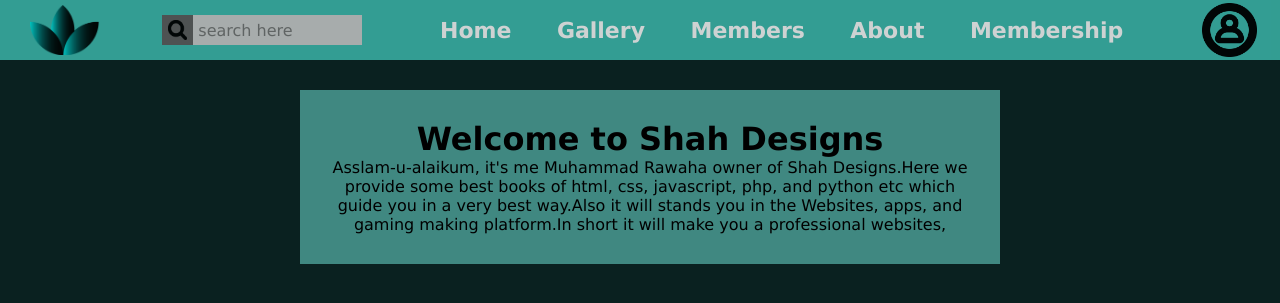
Repository: RawahaMR11/my_assignments
Page: rawaha computer/Shah Designs web/Shah home page.html
The author's editor kept a copy of each file at every save. The page is drawn from the files as they stood at one save, then again after the next save.
The browser window is 1280 px wide. The pictures show the whole page.

Above is the page before, as saved 2024-12-13 07:32:40.

### rawaha computer/Shah Designs web/Shah home page.html
<!DOCTYPE html>
<html lang="en">
<head>
      <meta charset="UTF-8">
      <meta name="viewport" content="width=device-width, initial-scale=1.0">
      <title>Shah Designs</title>
      <link rel="stylesheet" href="Shah home page.css">
</head>
<body>
<div class="my-display">
      <header>
            <div class="logo">
                  <img src="logo.png" alt="Shah Designs logo">
            </div><!--end logo-->
            <div class="search">
                  <img src="search.png" alt="Search-icon">
                  <input type="text" placeholder="search here">
            </div><!--end search-->
            <div class="home">
                  <a href="Shah home page.html">Home</a>
            </div><!--end home-->
            <div class="gallery">
                  <a href="#">Gallery</a>
            </div><!--end gallery-->
            <div class="members">
                  <a href="#">Members</a>
            </div><!--end members -->
            <div class="about">
                  <a href="#">About</a>
            </div><!--end about-->
            <div class="membership">
                  <a href="#">Membership</a>
            </div>
            <div class="login">
                  <img src="sign in.png" alt="Login">
            </div><!--end login-->
      </header>


      <div class="wrapper">
            <div id="welcome">
                  <h1>Welcome to Shah Designs</h1>
                  <p>Asslam-u-alaikum, it's me Muhammad Rawaha owner of Shah Designs.Here we provide some best books of html, css, javascript, php, and python etc which guide you in a very best way.Also it will stands you in the Websites, apps, and gaming making platform.In short it will make you a professional websites, </p>
            </div><!--end welcome-->
      </div><!--end wrapper-->
</div>
</body>
</html>

### rawaha computer/Shah Designs web/Shah home page.css
* {
      margin: 0;
      padding: 0;
}
body {
      display: block;
      font-size: 14px;
      background-color: rgb(10, 33, 32);
}
.my-display {
      width: 80%;
      margin: 0 auto;
      height: 100%;
      width: 100%;
}
/* css for opening my page on tablets (screens with width <=768px) */
@media screen and (max-width: 768px) {
      body {
            font-size: 16px;
      }
      .my-display {
            width: 100%;
      }
}
/* css for opening my page on laptops,pcs etc (screens with width <=1080px) */
@media screen and (max-width: 1080px) {
      body {
            font-size: 14px;
      }
      .my-display {
            width: 100%;
      }
}
/* css for opening my page on phones (screens with width <=480px) */
@media screen and (max-width: 480px) {
      body {
            font-size: 10px;
      }
      .my-display {
            width: 100%;
      }
}
header {
      width: 100%;
      height: 60px;
      display: flex;
      align-items: center;
      background-color: rgb(62, 188, 176);
      opacity: 80%;
      gap: 31.5px;
}
.logo {
      height: 83%;
      width: 70px;
      margin: 0 30px 0;
}
.logo img {
      height: 100%;
      width: 100%;
}
.search {
      width: 200px;
      height: 30px;
      background-color: rgb(95, 95, 95);
      display: flex;
      align-items: center;
      justify-content: space-evenly;
}
.search img {
      width: 10%;
      height: 65%;
      padding: 6px;
}
.search input {
      width: 90%;
      padding: 5.34px;
      border: none;
      outline: none;
      background-color: rgb(207, 207, 207);
      font-family: Verdana, Geneva, Tahoma, sans-serif;
      font-size: 16px;
}
.home {
      font-family: Verdana, Geneva, Tahoma, sans-serif;
      font-size: 22px;
      margin-left: 40px;
      padding: 7px;
}
.home:hover {
      background-color: rgb(161, 161, 161);
}
.home a {
      text-decoration: none;
      font-weight: 700;
      color: white;
}
.gallery {
      font-family: Verdana, Geneva, Tahoma, sans-serif;
      font-size: 22px;
      padding: 7px;
}
.gallery:hover {
      background-color: rgb(161, 161, 161);
}
.gallery a {
      text-decoration: none;
      font-weight: 700;
      color: white;
}
.members {
      font-family: Verdana, Geneva, Tahoma, sans-serif;
      font-size: 22px;
      padding: 7px;
}
.members:hover {
      background-color: rgb(161, 161, 161);
}
.members a {
      text-decoration: none;
      font-weight: 700;
      color: white;
}
.about {
      font-family: Verdana, Geneva, Tahoma, sans-serif;
      font-size: 22px;
      padding: 7px;
}
.about:hover {
      background-color: rgb(161, 161, 161);
}
.about a {
      text-decoration: none;
      font-weight: 700;
      color: white;
}
.membership {
      font-family: Verdana, Geneva, Tahoma, sans-serif;
      font-size: 22px;
      padding: 7px;
}
.membership:hover {
      background-color: rgb(161, 161, 161);
}
.membership a {
      text-decoration: none;
      font-weight: 700;
      color: white;
}
.login {
      height: 90%;
      width: 55px;
      float: right;
      margin-left: 40px;
}
.login img {
      height: 100%;
      width: 100%;
      cursor: pointer;
}
.wrapper {
      width: 50%;
      height: auto;
      display: flex;
      align-items: center;
      justify-content: center;
      margin-top: 30px;
      background-color: rgb(64, 136, 129);
      padding: 30px;
      margin-left: 300px;
}
#welcome {
      width: 100%;
      font-family: Verdana, Geneva, Tahoma, sans-serif;
      font-size: 16px;
}
#welcome h1 {
      text-align: center;
}
#welcome p {
      text-align: center;
}

After the next save:
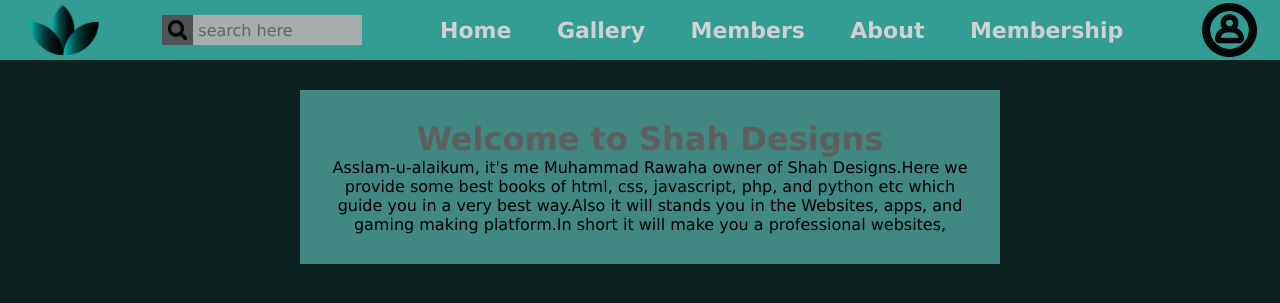
Saved 62 s later.
--- a/rawaha computer/Shah Designs web/Shah home page.css
+++ b/rawaha computer/Shah Designs web/Shah home page.css
@@ -175,6 +175,7 @@ header {
 }
 #welcome h1 {
       text-align: center;
+      color:rgb(95, 95, 95)
 }
 #welcome p {
       text-align: center;
